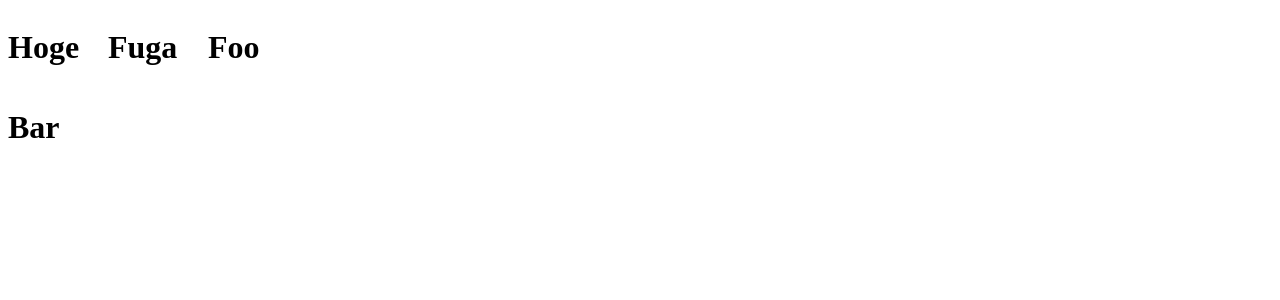
Repository: Mami-mo/samurai_HTML-CSS
Page: Lesson15/glid-template-colmuns.html
The author's editor kept a record of every edit. The page is drawn from the files as they stood at one moment, then again after the next edit.
The browser window is 1280 px wide. The pictures show the whole page.

Above is the page before.

### Lesson15/glid-template-colmuns.html
<html lang="ja">
    <head>
        <style>
            #grid {
                display: grid;
                grid-template-columns: 100px 100px 100px;
            }
        </style>
    </head>
    <body>
        <div id="grid">
            <h1>Hoge</h1>
            <h1>Fuga</h1>
            <h1>Foo</h1>
            <h1>Bar</h1>
        </div>
    </body>
</html>

After the next edit:
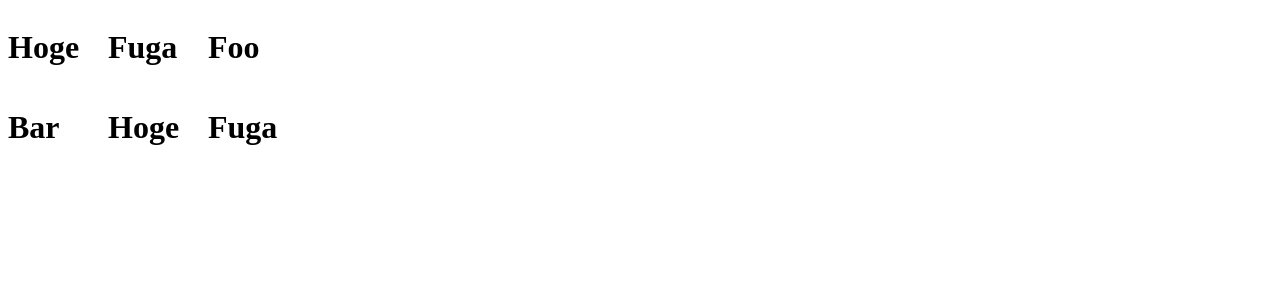
The edit:
--- a/Lesson15/glid-template-colmuns.html
+++ b/Lesson15/glid-template-colmuns.html
@@ -13,6 +13,8 @@
             <h1>Fuga</h1>
             <h1>Foo</h1>
             <h1>Bar</h1>
+            <h1>Hoge</h1>
+            <h1>Fuga</h1>
         </div>
     </body>
 </html>
